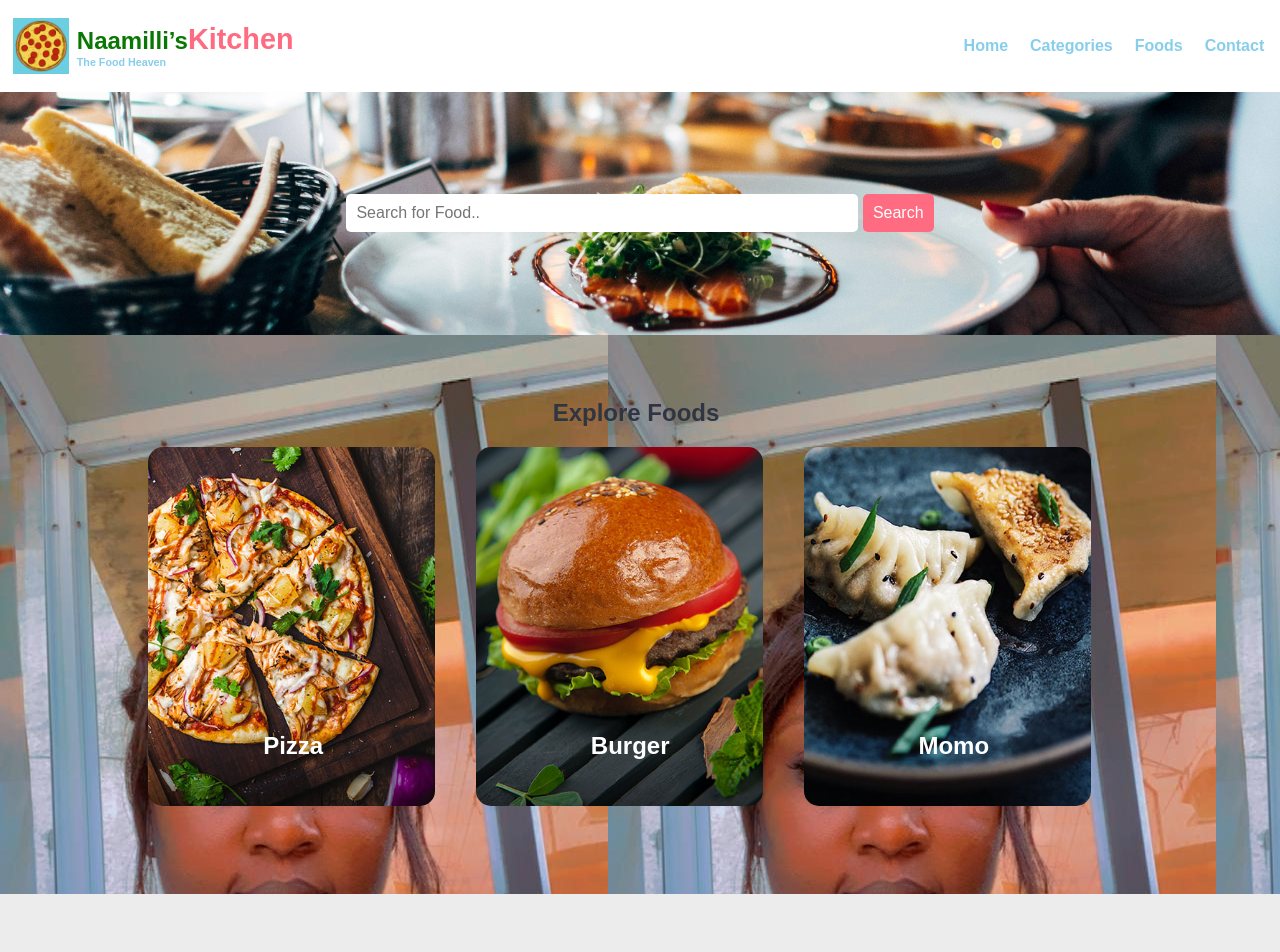
Repository: Saviour-Dagadu/Naamilli
Page: index.html
The author's editor kept a copy of each file at every save. The page is drawn from the files as they stood at one save, then again after the next save.
The browser window is 1280 px wide. The pictures show the part of the page from y = 0 to 952 px (the page is 2117 px tall).
A picture or video elsewhere on the page could not be fetched, so the positions and the page height are approximate.

Above is the page before, as saved 2024-12-03 18:02:02.

### index.html
<!DOCTYPE html>
<html lang="en">
<head>
    <meta charset="UTF-8">
    <!-- Important to make website responsive -->
    <meta name="viewport" content="width=device-width, initial-scale=1.0">
    <title>Restaurant Website</title>

    <!-- Link our CSS file -->
    <link rel="stylesheet" type="text/css" href="css/style.css">
</head>

<body>
    <!-- Navbar Section Starts Here -->
	<section class="navbar" style="display: flex; align-items: center; justify-content: space-between;">
        <div class="container" style="display: flex; width: 100%; justify-content: space-between; align-items: center;">
            <div class="logo" style="display: flex; align-items: center;">
                <a href="index.html" title="Logo" style="display: flex; align-items: center;">
                    <img src="images/giphy.gif" alt="" style="
                        width: 3.5rem; /* Adjust size to be similar to nav image */
                        height: 3.5rem; /* Adjust size to be similar to nav image */
                        margin-right: 0.5rem;">
                    <div>
                        <h2 style="margin: 0;">Naamilli’s<span>Kitchen</span></h2>
                        <h6 style="margin: 0;"><span>The Food Heaven</span></h6>
                    </div>
                </a>
            </div>

            <div class="menu text-right">
                <ul style="list-style: none; margin: 0; padding: 0; display: flex; justify-content: flex-end;">
                    <li style="margin-left: 1rem;">
                        <a href="index.html">Home</a>
                    </li>
                    <li style="margin-left: 1rem;">
                        <a href="categories.html">Categories</a>
                    </li>
                    <li style="margin-left: 1rem;">
                        <a href="foods.html">Foods</a>
                    </li>
                    <li style="margin-left: 1rem;">
                        <a href="contact.html">Contact</a>
                    </li>
                </ul>
            </div>
        </div>

        <div class="clearfix"></div>
    </section>

    <!-- Navbar Section Ends Here -->

    <!-- fOOD sEARCH Section Starts Here -->
    <section class="food-search text-center">
        <div class="container">

            <form action="underConstruction.html" method="POST">
                <input type="search" name="search" placeholder="Search for Food.." required>
                <input type="submit" name="submit" value="Search" class="btn btn-primary">
            </form>

        </div>
    </section>
    <!-- fOOD sEARCH Section Ends Here -->

    <!-- CAtegories Section Starts Here -->
    <section class="categories">
        <div class="container">
            <h2 class="text-center">Explore Foods</h2>

            <a href="category-foods.html">
            <div class="box-3 float-container">
                <img src="images/pizza.jpg" alt="Pizza" class="img-responsive img-curve">

                <h3 class="float-text text-white">Pizza</h3>
            </div>
            </a>

            <a href="#">
            <div class="box-3 float-container">
                <img src="images/burger.jpg" alt="Burger" class="img-responsive img-curve">

                <h3 class="float-text text-white">Burger</h3>
            </div>
            </a>

            <a href="#">
            <div class="box-3 float-container">
                <img src="images/momo.jpg" alt="Momo" class="img-responsive img-curve">

                <h3 class="float-text text-white">Momo</h3>
            </div>
            </a>

            <div class="clearfix"></div>
        </div>
    </section>
    <!-- Categories Section Ends Here -->

    <!-- fOOD MEnu Section Starts Here -->
    <section class="food-menu">
        <div class="container">
            <h2 class="text-center">Food Menu</h2>

            <div class="food-menu-box">
                <div class="food-menu-img">
                    <img src="images/menu-pizza.jpg" alt="Chicke Hawain Pizza" class="img-responsive img-curve">
                </div>

                <div class="food-menu-desc">
                    <h4>Pizza</h4>
                    <p class="food-price">Ghc 50</p>
                    <p class="food-detail">
                        Made with Italian Sauce, Chicken, and organice vegetables.
                    </p>
                    <br>

                    <a href="order.html" class="btn btn-primary">Order Now</a>
                </div>
            </div>

            <div class="food-menu-box">
                <div class="food-menu-img">
                    <img src="images/menu-burger.jpg" alt="Chicke Hawain Pizza" class="img-responsive img-curve">
                </div>

                <div class="food-menu-desc">
                    <h4>Smoky Burger</h4>
                    <p class="food-price">Ghc 20</p>
                    <p class="food-detail">
                        Made with Italian Sauce, Chicken, and organice vegetables.
                    </p>
                    <br>

                    <a href="#" class="btn btn-primary">Order Now</a>
                </div>
            </div>

            <div class="food-menu-box">
                <div class="food-menu-img">
                    <img src="images/menu-burger.jpg" alt="Chicke Hawain Burger" class="img-responsive img-curve">
                </div>

                <div class="food-menu-desc">
                    <h4>Nice Burger</h4>
                    <p class="food-price">Ghc 20</p>
                    <p class="food-detail">
                        Made with Italian Sauce, Chicken, and organize vegetables.
                    </p>
                    <br>

                    <a href="#" class="btn btn-primary">Order Now</a>
                </div>
            </div>



            <!-- <div class="food-menu-box">
                <div class="food-menu-img">
                    <img src="images/menu-pizza.jpg" alt="Chicke Hawain Pizza" class="img-responsive img-curve">
                </div>

                <div class="food-menu-desc">
                    <h4>Food Title</h4>
                    <p class="food-price">$2.3</p>
                    <p class="food-detail">
                        Made with Italian Sauce, Chicken, and organice vegetables.
                    </p>
                    <br>

                    <a href="#" class="btn btn-primary">Order Now</a>
                </div>
            </div> -->

            <div class="food-menu-box">
                <div class="food-menu-img">
                    <img src="images/menu-momo.jpg" alt="Chicke Hawain Momo" class="img-responsive img-curve">
                </div>

                <div class="food-menu-desc">
                    <h4>Chicken Steam Momo</h4>
                    <p class="food-price">Ghc 50</p>
                    <p class="food-detail">
                        Made with Italian Sauce, Chicken, and organice vegetables.
                    </p>
                    <br>

                    <a href="#" class="btn btn-primary">Order Now</a>
                </div>
            </div>


            <div class="clearfix"></div>



        </div>

        <p class="text-center">
            <a href="#">See All Foods</a>
        </p>
    </section>
    <!-- fOOD Menu Section Ends Here -->

    <!-- social Section Starts Here -->
<section class="social">
	<div class="container text-center">
		<ul>
			<li>
				<a href="https://www.facebook.com/saviou/"><img src="https://img.icons8.com/fluent/50/000000/facebook-new.png"/></a>
			</li>
			<li>
				<a href="https://www.instagram.com/saviour_dagadu/"><img src="https://img.icons8.com/fluent/48/000000/instagram-new.png"/></a>
			</li>
			<li>
				<a href="https://twitter.com/savicode"><img src="https://img.icons8.com/fluent/48/000000/twitter.png"/></a>
			</li>
		</ul>
	</div>
</section>
<!-- social Section Ends Here -->

<!-- footer Section Starts Here -->
<section class="footer">
	<div class="container text-center">
		<p>All rights reserved. Designed By <a href="https://saviourdagadu.netlify.app/">Saviour Dagadu</a></p>
	</div>
</section>
<!-- footer Section Ends Here -->

</body>
</html>

### css/style.css
/*
    Author: Vijay Thapa;
    Theme: Restaurant Food Order;
    version: 1.0;
*/

/* CSS for All */
*{
    margin: 0 0;
    padding: 0 0;
    font-family: Arial, Helvetica, sans-serif;
}
.container{
    width: 80%;
    margin: 0 auto;
    padding: 1%;
}
.img-responsive{
    width: 100%;
}
.img-curve{
    border-radius: 15px;
}

.text-right{
    text-align: right;
}
.text-center{
    text-align: center;
}
.text-left{
    text-align: left;
}
.text-white{
    color: white;
}

.clearfix{
    clear: both;
    float: none;
}

a{
    color: skyblue;
    text-decoration: none;
}
a:hover{
    color: #ff6b81;
}

.btn{
    padding: 1%;
    border: none;
    font-size: 1rem;
    border-radius: 5px;
}
.btn-primary{
    background-color: #ff6b81;
    color: white;
    cursor: pointer;
}
.btn-primary:hover{
    color: white;
    background-color: #ff4757;
}
h2{
    color: #2f3542;
    font-size: 2rem;
    margin-bottom: 2%;
}
h3{
    font-size: 1.5rem;
}
.float-container{
    position: relative;
}
.float-text{
    position: absolute;
    bottom: 50px;
    left: 40%;
}
fieldset{
    border: 1px solid white;
    margin: 5%;
    padding: 3%;
    border-radius: 5px;
}


/* CSSS for navbar section */

.logo{
    width: 10%;
    float: left;
}
.logo h2{
    color: rgb(10, 119, 5);
}
.logo h2:hover{
    color: rgb(10, 119, 5);
    font-style: italic;
}
.logo h2 span{
    color: #ff6b81;
    font-size: larger;
    font-weight:bolder;
}
.logo h2 span:hover{
    color: #ff4757;
    font-size: larger;
    font-weight:bolder;
}
.menu{
    line-height: 60px;
}
.menu ul{
    list-style-type: none;
}

.menu ul li{
    display: inline;
    padding: 1%;
    font-weight: bold;
}


/* CSS for Food SEarch Section */

.food-search{
    background-image: url(../images/jay-wennington-N_Y88TWmGwA-unsplash.jpg);
    background-size: cover;
    background-repeat: no-repeat;
    background-position: center;
    padding: 7% 0;
}

.food-search input[type="search"]{
    width: 50%;
    padding: 1%;
    font-size: 1rem;
    border: none;
    border-radius: 5px;
}


/* CSS for Categories */
.categories{
    padding: 4% 0;
    background-image: url(../images/Naamilli.jpg);
}

.box-3{
    width: 28%;
    float: left;
    margin: 2%;
}


/* CSS for Food Menu */
.food-menu{
    background-color: #ececec;
    padding: 4% 0;
}
.food-menu-box{
    width: 43%;
    margin: 1%;
    padding: 2%;
    float: left;
    background-color: white;
    border-radius: 15px;
}

.food-menu-img{
    width: 20%;
    float: left;
}

.food-menu-desc{
    width: 70%;
    float: left;
    margin-left: 8%;
}

.food-price{
    font-size: 1.2rem;
    margin: 2% 0;
}
.food-detail{
    font-size: 1rem;
    color: #747d8c;
}


/* CSS for Social */
.social ul{
    list-style-type: none;
}
.social ul li{
    display: inline;
    padding: 1%;
}

/* for Order Section */
.order{
    width: 50%;
    margin: 0 auto;
}
.input-responsive{
    width: 96%;
    padding: 1%;
    margin-bottom: 3%;
    border: none;
    border-radius: 5px;
    font-size: 1rem;
}
.order-label{
    margin-bottom: 1%;
    font-weight: bold;
}

/* Contact Section*/

#info{
    padding: 30px 0;
}

#info .container{
     display: flex;
}

#info .info{
    width: 28%;
    height: 300px;
    border-radius: 10px;
    overflow: hidden;

}

#info .info-text{
    border: 1px solid lightgray;
    padding: 10px;
}

#info .info-text h4{
    margin: 5px;
}

#info .info-text .info-text-call{
    margin-bottom: 20px;
}

#info .info-image{
margin-right: 10px;
overflow: hidden;
box-shadow: 0 0 5px #333;
transform: scale (1.04);
transition: all .4s ease-in-out;
}

#info .info-image:hover{
transform: translateY(-15px) scale(1.1);
box-shadow: 0 0 10px #333;
}
#info .info-image img{
max-width: 100%;
height: auto
}

#info .info-image:hover .info-image img{
opacity: 1;
}

       /* message Section */
#message{
    padding: 30px 0;
    background-color: lightgray;
}

#message .message-top{
    text-align: center;
    margin-bottom: 20px;
}

#message .message-top h3{
    text-transform: uppercase;
    margin: 0;
}

#message .message-top h3::after{
    content: "";
    display: block;
    width: 50px;
    height: 3px;
    background-color: gray;
    margin: 10px auto 0;
}

#message .message-bottom{
    color: black;
}

#message .message-bottom label{
    display: block;
    font-size: 17px;
    font-weight: 500;
    margin-bottom: 5px;
}

#message .message-bottom .form-group{
    margin-bottom: 10px;
}

#message .message-bottom .input{
    display: block;
    height: 40px;
    border-radius: 5px;
    border: 1px solid brown;
    padding-left: 10px;
    padding-right: 10px;
    width: 100%;
    font-size: 15px;
    font-family: 'Segoe UI', Tahoma, Geneva, Verdana, Sans-serif;
}

#message .message-bottom input,
#message .message-bottom textarea,
#message .message-bottom button{
    outline: none;
}

#message  textarea{
    width: 100%;
    height: 200px;
    border-radius: 5px;
    border: 1px solid brown;
    background-color: white;
    padding: 5px 10px;
    font: 15px 'Segoe UI', Tahoma, Geneva, Verdana, Sans-serif;
}

.navbar-brand {
    display: flex;
    align-items: center; /* Align items horizontally in the center */
    text-decoration: none; /* Removes default underline from the link */
    color: #333; /* Adjust text color as needed */
    /* background-image: url('../images/apple.gif'); Replace with the path to your image */
    background-size: cover;                          /* Ensures the image covers the entire div */
    background-position: center;                     /* Centers the image within the div */
    background-repeat: no-repeat;
}
.navbar-brand h2 {
    margin: 0;               /* Removes default margin */
    font-size: 2.5rem;
}

.navbar-brand h2 span{
    color: skyblue;
}

.navbar-brand i {
    display: block;          /* Ensures the i element is on a new line */
    margin: 0;               /* Removes default margin */
    font-size: 0.8rem;       /* Makes the text smaller */
    color: black;
}

.logo-img {
    width: 3.5rem; /* Adjust size as needed */
    height: 3.5rem; /* Adjust size as needed */
    margin-right: 0.5rem; /* Space between image and text */
}

.text-content {
    display: flex;
    flex-direction: column; /* Stack text elements vertically */
    justify-content: center; /* Center text vertically within container */
}

h2 {
    margin: 0; /* Remove default margin */
    font-size: 1.5rem; /* Adjust font size as needed */
    font-weight: bold;
    margin-right: 0.5rem; /* Space between h2 and h6 */
}



/* #message .message-bottom .btn{
    padding: 10px 20px;
    background-color: brown;
    text-transform: uppercase;
    font: 15px 'Segoe UI', Tahoma, Geneva, Verdana, Sans-serif;
    border: none;
    border-radius: 5px;
    font-weight: 500;
    color: #fff;
    cursor: pointer;
} */


/* CSS for Mobile Size or Smaller Screen */

@media only screen and (max-width:768px){
    .logo{
        width: 80%;
        float: none;
        margin: 1% auto;
    }

    .menu ul{
        text-align: center;
    }

    .food-search input[type="search"]{
        width: 90%;
        padding: 2%;
        margin-bottom: 3%;
    }

    .btn{
        width: 91%;
        padding: 2%;
    }

    .food-search{
        padding: 10% 0;
    }

    .categories{
        padding: 20% 0;
    }
    h2{
        margin-bottom: 10%;
    }
    .box-3{
        width: 100%;
        margin: 4% auto;
    }

    .food-menu{
        padding: 20% 0;
    }

    .food-menu-box{
        width: 90%;
        padding: 5%;
        margin-bottom: 5%;
    }
    .social{
        padding: 5% 0;
    }
    .order{
        width: 100%;
    }
}

After the next save:
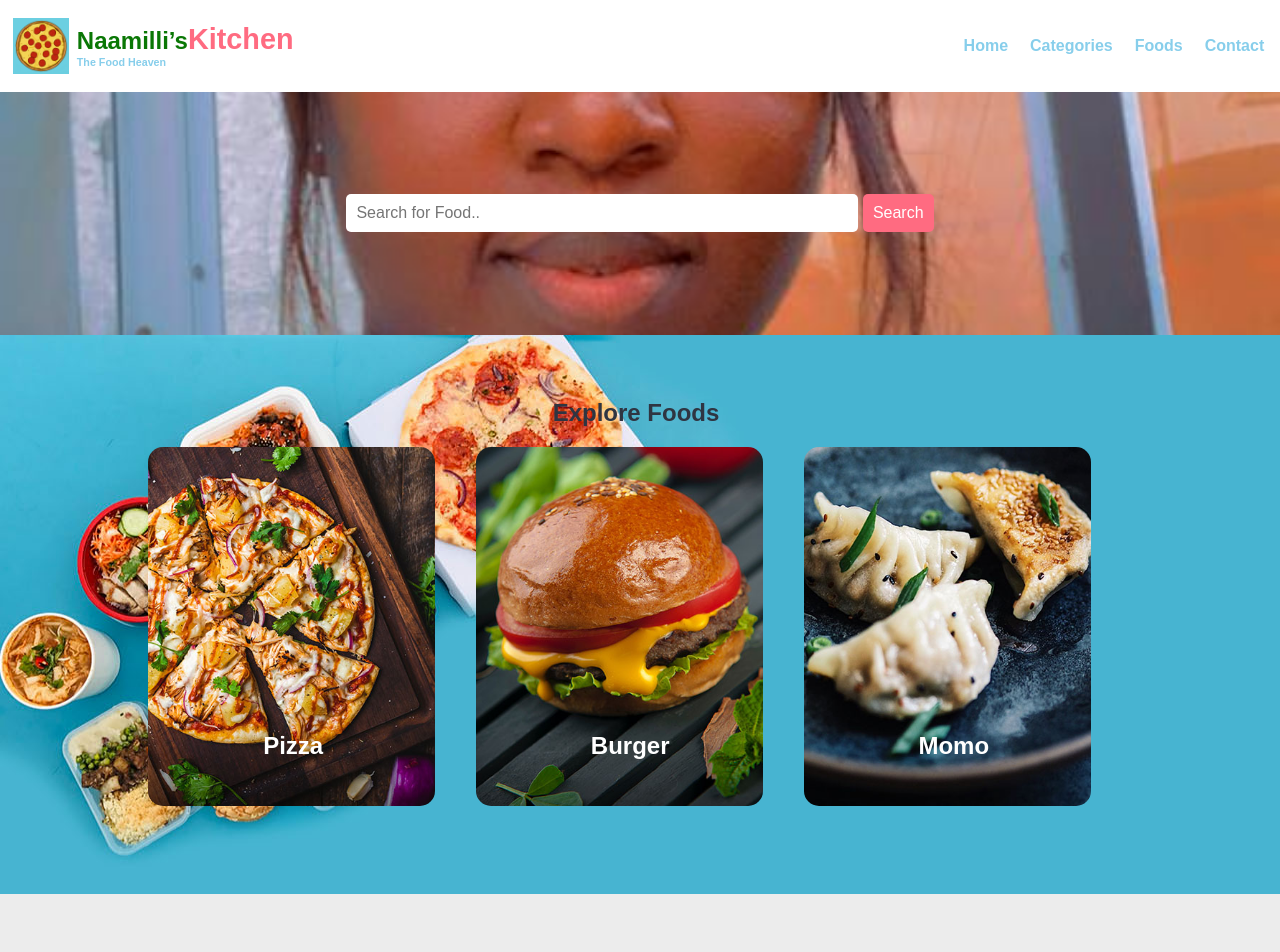
Saved 39 s later.
--- a/css/style.css
+++ b/css/style.css
@@ -127,7 +127,7 @@
 /* CSS for Food SEarch Section */
 
 .food-search{
-    background-image: url(../images/jay-wennington-N_Y88TWmGwA-unsplash.jpg);
+    background-image: url(../images/Naamilli.jpg);
     background-size: cover;
     background-repeat: no-repeat;
     background-position: center;
@@ -146,7 +146,7 @@
 /* CSS for Categories */
 .categories{
     padding: 4% 0;
-    background-image: url(../images/Naamilli.jpg);
+    background-image: url(../images/bg.jpg);
 }
 
 .box-3{

After the save that followed:
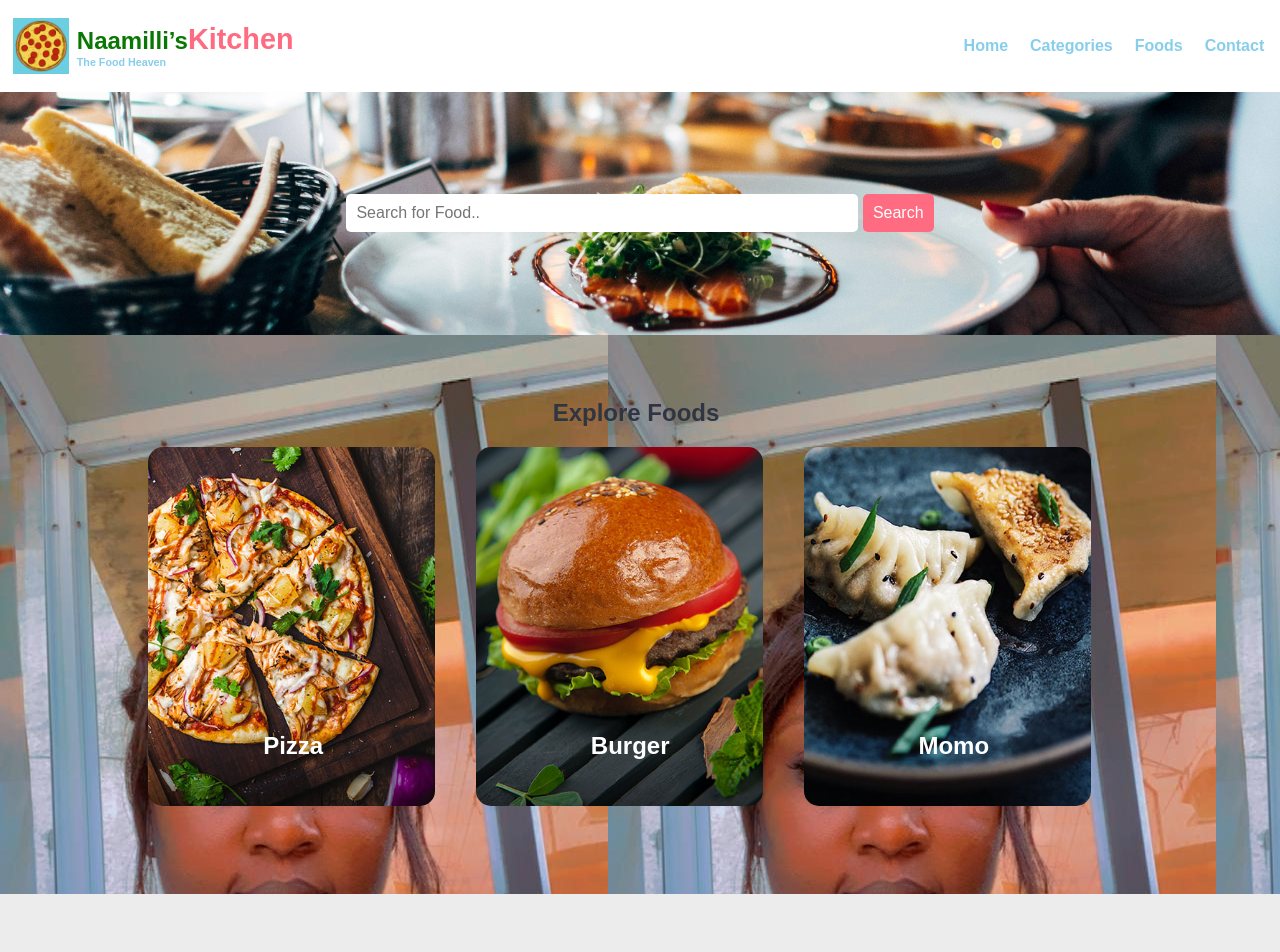
Saved 29 s later.
--- a/css/style.css
+++ b/css/style.css
@@ -127,7 +127,7 @@
 /* CSS for Food SEarch Section */
 
 .food-search{
-    background-image: url(../images/Naamilli.jpg);
+    background-image: url(../images/jay-wennington-N_Y88TWmGwA-unsplash.jpg);
     background-size: cover;
     background-repeat: no-repeat;
     background-position: center;
@@ -146,7 +146,7 @@
 /* CSS for Categories */
 .categories{
     padding: 4% 0;
-    background-image: url(../images/bg.jpg);
+    background-image: url(../images/Naamilli.jpg);
 }
 
 .box-3{
